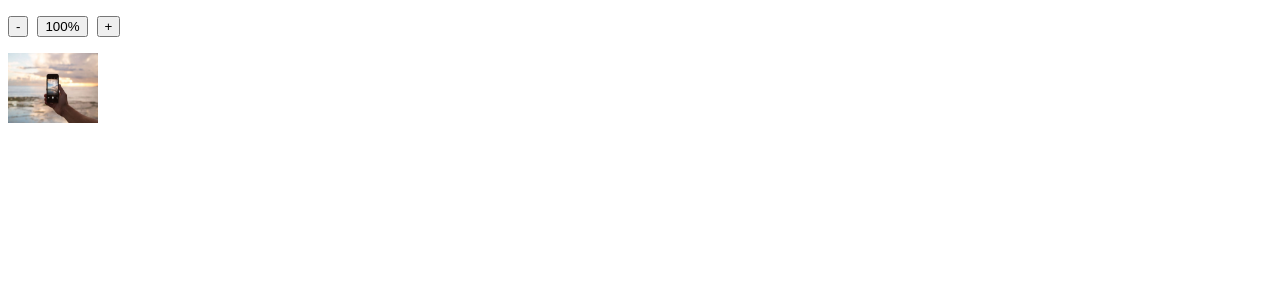
Repository: jwsimhj97/jwork_n
Page: JSPProject/WebContent/03-07/prac01.html
These files come from the project's save history. The page is drawn as it stood at one moment and after the next save; the edit follows.
The browser window is 1280 px wide. The pictures show the whole page.
After loading, the first visible `button.smallBtn` was clicked once.

Above is the page before, as saved 2022-03-08 00:49:47.

After the next save:
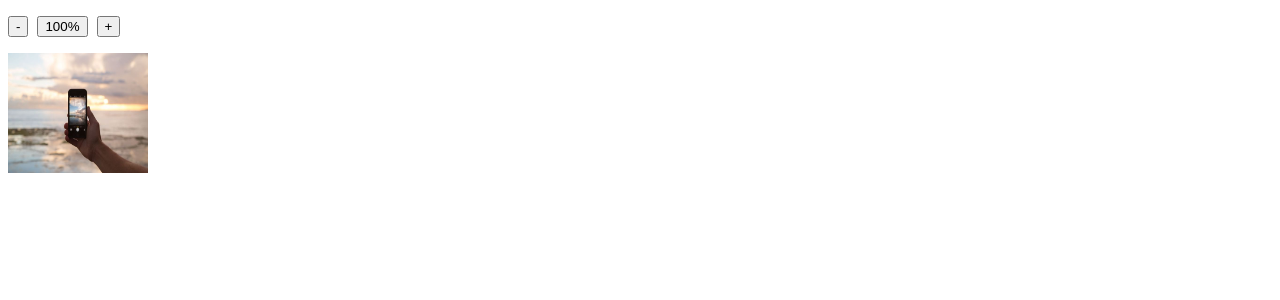
Saved 36 s later.
--- a/JSPProject/WebContent/03-07/prac01.html
+++ b/JSPProject/WebContent/03-07/prac01.html
@@ -14,11 +14,12 @@
 	$(function() {
 		var className=$(img).attr('class');
 		$("button").on("click", function(event) {
-			if(className=='smallBtn'){
-				console.log(className);
+
+			console.log(className);
+			//if(className=='smallBtn'){
 				//console.log('small hi');
-			}
-			$('img').addClass("small");
+			//}
+			//$('img').addClass("small");
 		});
 	});
 </script>

After the save that followed:
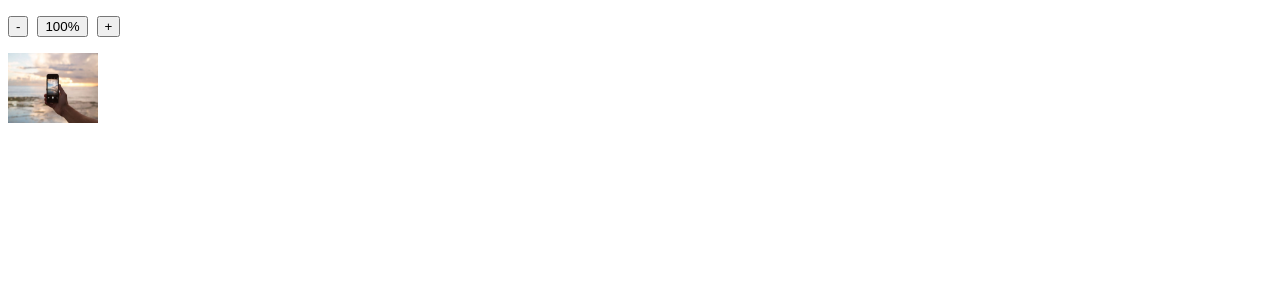
Saved 13 s later.
--- a/JSPProject/WebContent/03-07/prac01.html
+++ b/JSPProject/WebContent/03-07/prac01.html
@@ -12,14 +12,10 @@
 <script src="http://code.jquery.com/jquery-3.5.1.min.js"></script>
 <script>
 	$(function() {
-		var className=$(img).attr('class');
+
 		$("button").on("click", function(event) {
-
-			console.log(className);
-			//if(className=='smallBtn'){
-				//console.log('small hi');
-			//}
-			//$('img').addClass("small");
+			$('img').addClass("small");
+			console.log($(img).attr('class'));
 		});
 	});
 </script>
